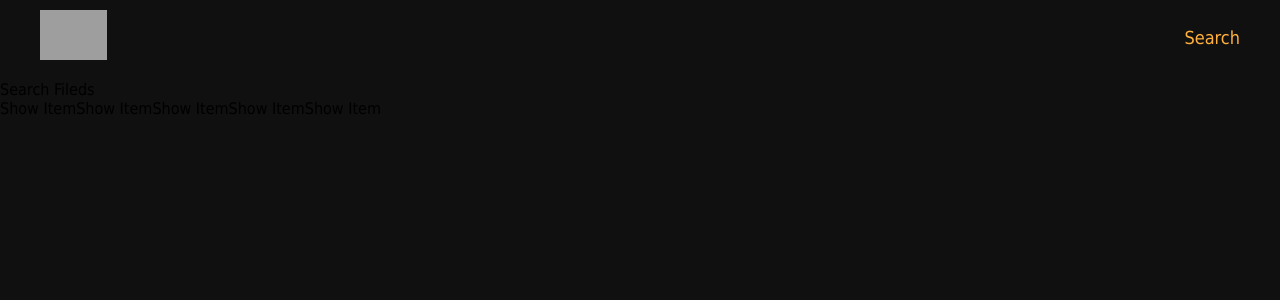
Repository: ahmedhamed15/React-Movies-App
Page: /#/search
These files come from the project's save history. The page is drawn as it stood at one moment and after the next save; the edit follows.
The browser window is 1280 px wide. The pictures show the whole page.
The pointer rests on the first visible `header a`.
Pictures or frames that could not be fetched are drawn as grey boxes. The project was rebuilt for these pictures with package versions that can differ from the ones it lists, and the page was loaded fresh each time. Also part of the build but not shown: src/Pages/HomePage.js, src/Components/Shows/Show.js, src/Pages/ShowPage.js.

Above is the page before, as saved 2021-07-18 20:49:02.

### src/index.js
import React from 'react';
import ReactDOM from 'react-dom';
import './assets/index.css';
import App from './App';

ReactDOM.render(<App />,document.getElementById('root'));

### src/assets/index.css
body {
  padding: 0;
  margin: 0;
  background-color: rgb(17, 16, 16);
  padding-top: 80px;
  font-family: 'tahoma', arial;
}
.row {
  display: flex;
  flex-direction: row;
  flex-wrap: wrap;
}
.container {
  max-width: 1200px;
  margin: auto;
}
header {
  padding: 10px 0;
  position: fixed;
  top: 0;
  left: 0;
  right: 0;
}
header .row {
  align-items: center;
  justify-content: space-between;
}
.col {
  flex: 0 0 auto;
}
a {
  text-decoration: none;
}
header img {
  height: 50px;
}
header a {
  color: white;
  font-size: 18px;
  color: #FFB03D
}

### src/App.js
import {BrowserRouter as Router, Switch, Route} from "react-router-dom";
import Header from "./Components/Layouts/Header";
import HomePage from "./Pages/HomePage";
import ShowPage from "./Pages/ShowPage";
import SearchPage from "./Pages/SearchPage";
function App() {
  return (
    <>
      <Router basename="/#">
        <Header />

        <Switch>
          <Route path="/" exact component={HomePage} />
          <Route path="/search" component={SearchPage} />
          <Route path="/show/:id" component={ShowPage} />
        </Switch>

      </Router>
    </>
  );
}

export default App;

### src/Components/Layouts/Header.js
import React from 'react';
import {Link, NavLink} from 'react-router-dom';
import Logo from '../../assets/images/logo.png';

const Header = () => {
    return (
         <header className="header">
             <div className="container">
                 <div className="row">
                    <div className="col">
                        <NavLink to="/"> <img src={Logo} alt="" /> </NavLink>
                    </div>
                    <div className="col">
                        <Link to="/search"> Search </Link>
                    </div>
                 </div>
             </div>
         </header>
    )
}

export default Header

### src/Pages/SearchPage.js
import React from 'react'
import Search from '../Components/Search/Search'
import ShowsList from '../Components/Shows/ShowsList'

const SearchPage = () => {
    return (
        <div>
            <Search size="small" />
            <ShowsList />
        </div>
    )
}
export default SearchPage;

### src/Components/Search/Search.js
import React from 'react'

const Search = () => {
    return (
        <div>
            Search Fileds
        </div>
    )
}

export default Search

### src/Components/Shows/ShowsList.js
import React from 'react'
import ShowItem from './ShowItem'

const ShowsList = () => {
    return (
        <>
            <ShowItem />
            <ShowItem />
            <ShowItem />
            <ShowItem />
            <ShowItem />
        </>
    )
}

export default ShowsList

### src/Components/Shows/ShowItem.js
import React from 'react'

const ShowItem = () => {
    return (
        <>
            Show Item
        </>
    )
}

export default ShowItem

Loaded but not shown: public/index.html (common file); public/manifest.json (common file)

After the next save:
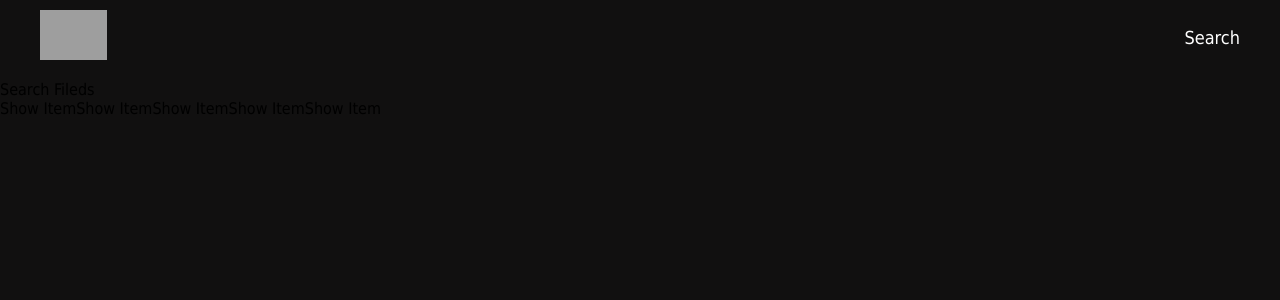
Saved 24 s later.
--- a/src/assets/index.css
+++ b/src/assets/index.css
@@ -37,5 +37,7 @@ header img {
 header a {
   color: white;
   font-size: 18px;
+}
+header a:hover {
   color: #FFB03D
 }
